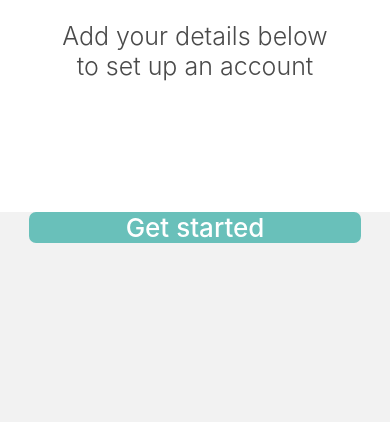
Repository: pheonixlegend/keleya
Screen: /Sign Up
The author's editor kept a copy of each file at every save. The screen is drawn from the files as they stood at one save, then again after the next save.
The pictures show rows 422 to 987 of an output 844 px tall.
The app was drawn by React Native's web renderer in a window 390 px wide. The project was rebuilt for these pictures with package versions that can differ from the ones it lists, and the page was loaded fresh each time.

Above is the screen before, as saved 2021-10-01 00:39:24.

After the next save:
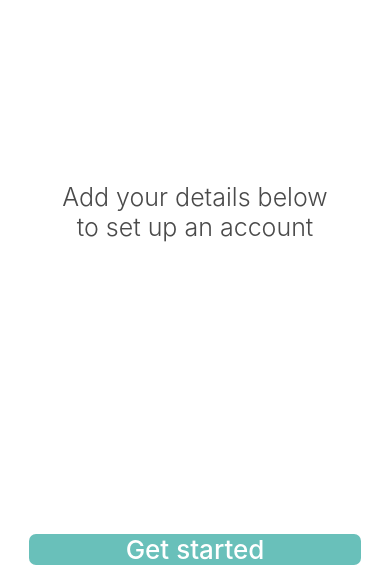
Saved 32 s later.
--- a/screens/SignUp.tsx
+++ b/screens/SignUp.tsx
@@ -28,7 +28,7 @@
 const styles = StyleSheet.create({
 
   centeredView: {
-    height: '40%',
+    height: '80%',
     justifyContent: 'center',
     alignItems: 'center',
     backgroundColor: 'white',

After the save that followed:
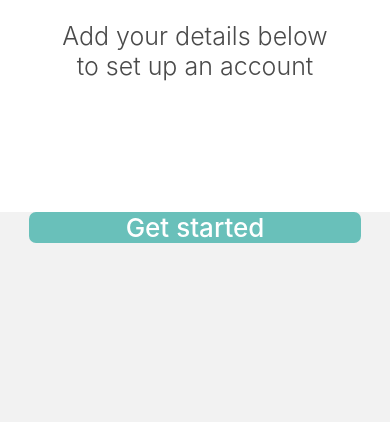
Saved 6 s later.
--- a/screens/SignUp.tsx
+++ b/screens/SignUp.tsx
@@ -28,7 +28,7 @@
 const styles = StyleSheet.create({
 
   centeredView: {
-    height: '80%',
+    height: '40%',
     justifyContent: 'center',
     alignItems: 'center',
     backgroundColor: 'white',
